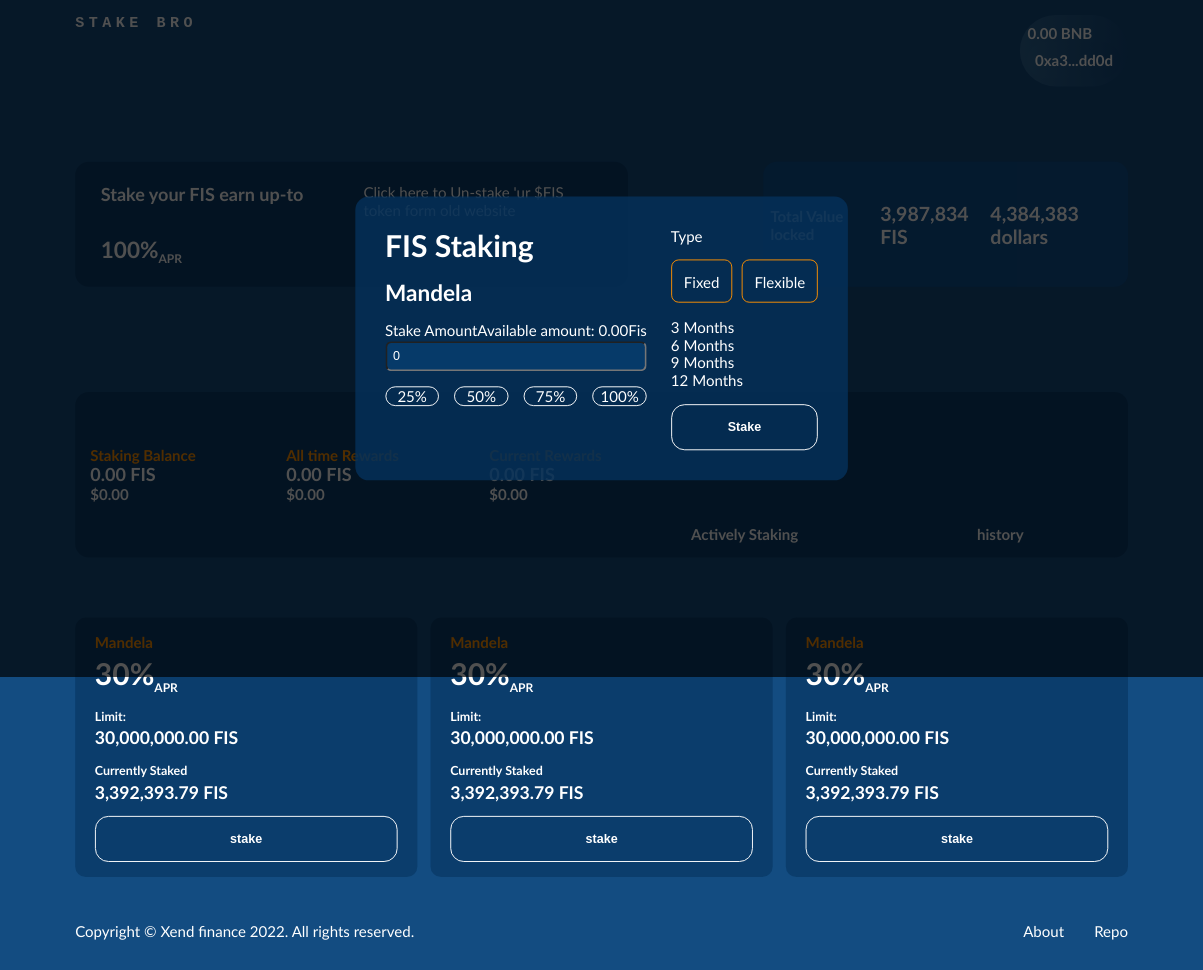
Repository: NorVirae/Stake
Page: /, after clicking the first element matching `button.stake-button`
An editor plug-in stored every save of this project. The page is shown before and after the next save, followed by the edit.
The browser window is 1280 px wide. The pictures show the whole page, at 94% of full size.
The project was rebuilt for these pictures with package versions that can differ from the ones it lists, and the page was loaded fresh each time.

Above is the page before, as saved 2022-04-18 19:34:05.

### src/App.tsx
import React, { useState } from 'react';
import AccountInfoCard from './components/cards/account-info-card';
import AprCard from './components/cards/apr-card';
import StakeModal from './components/modals/stake-modal';
import './styles/app.css'

function App() {
  const [isWalletConnected, setIsWalletConnected] = useState(false)
  const [showModal, setShowModal] = useState(false)

  return (
    <div className="stake-container">

      {showModal && <StakeModal showModal={showModal} setShowModal={setShowModal}/>}
      <header>
        <nav>
            <a href='logo' className='logo'>Stake Bro</a>
            <ul>
              {
                isWalletConnected?
                  <li className='connect-wallet-btn'>Connect Wallet</li>:
                  <li className='connect-wallet-btn'>0.00 BNB
                    <li className='connect-wallet-btn'>0xa3...dd0d</li>
                </li>
                }

            </ul>
        </nav>
      </header>



      <main>
        <section className='info-global'>
          <div className='info-main'>
            <div className='inner-container-left'>
              <h1 className='earn-text'> Stake your FIS earn up-to</h1>
              <h1>100%<sub className='sub'>APR</sub></h1>

            </div>

            <div className='inner-container-right'>
              <p>Click here to Un-stake 'ur $FIS token form old website</p>
              {/* <span>{"=>"}</span> */}
            </div>
          </div>

          <div className='public-stake-info'>
            <h3 className='total-locked'>Total Value locked</h3>
            <h1 className='total-locked-token'>3,987,834 FIS</h1>
            <h2 className='total-locked-dollars'>4,384,383 dollars</h2>

          </div>

        </section>

        <section className='connection-info'>
          {
          isWalletConnected?
          <div className={'connection-container-user'}>
            <div className='connection-info-text'>No Wallet connected</div>
            <div> Connect wallet to see your balance</div>
          </div>
          :
          <>
          <div className='user-stake-info-container'>
            <AccountInfoCard title='Staking Balance' token='0.00' dollarEquiv='0.00'/>

            <AccountInfoCard title='All time Rewards' token='0.00' dollarEquiv='0.00'/>


            <AccountInfoCard title='Current Rewards' token='0.00' dollarEquiv='0.00'/>


          </div>

          <div className='info-redirect'>
            <h1>Actively Staking </h1>
            <h1>history </h1>

          </div>

          </>
          }
        </section>

        <section className='reward'>
          <AprCard stakeAction={setShowModal}/>
          <AprCard stakeAction={setShowModal}/>
          <AprCard stakeAction={setShowModal}/>
        </section>

      </main>

      <footer>
        <div className='copyright-info'>
          Copyright &copy; Xend finance 2022. All rights reserved.
        </div>
        <ul>
          <li>About</li>
          <li>Repo</li>

        </ul>
      </footer>

    </div>
  );
}

export default App;

### src/components/cards/account-info-card.tsx
import React from 'react';

interface StakeInfoParams {
    title:string,
    token:string,
    dollarEquiv:string
}

const AccountInfoCard:React.FC<StakeInfoParams> = ({title, token, dollarEquiv}) => {
    return <div className='user-stake-info'>
                <h2 className='staking-balance'>{title}</h2>
                <h1 className='token-balance-fis'>{token} FIS</h1>
                <h2 className='token-balance-dollars'>${dollarEquiv}</h2>
            </div>
}

export default AccountInfoCard;

### src/components/cards/apr-card.tsx
import React, { useState } from "react";

interface AprCardInterface{
    stakeAction:any
}

const AprCard:React.FC<AprCardInterface> = ({stakeAction})=>{
    const [isWalletConnected, setIsWalletConnected] = useState(false)
    return <div className='apr-card'>
                <div className='mandela-container'>
                    <h4 className="mandela">Mandela</h4>
                    <h1 className="apr-announce">30%<sub className="sub">APR</sub></h1>
                </div>


                <div className='limit-container'>
                    <h5>Limit:</h5>
                    <h3>30,000,000.00 FIS</h3>
                </div>

                <div className='current-container'>
                    <h5>Currently Staked</h5>
                    <h3>3,392,393.79 FIS</h3>
                </div>

                {isWalletConnected?<button className="stake-button">No wallet connected</button>:
                <button onClick = {e=>stakeAction(true)}
                className="stake-button">stake</button>}

        </div>
}

export default AprCard;

### src/components/modals/stake-modal.tsx
import React, { useState } from 'react';


interface StakeModalInterface{
    setShowModal?:any,
    showModal:boolean
}

const StakeModal:React.FC<StakeModalInterface> = ({setShowModal, showModal}) => {

    const [amountToStake, setAmountToStake] = useState(0)
    return <div onClick={e=>setShowModal(false)} className='stake-modal-container'>

                <div onClick={e=>null} className='stake-modal'>
                    <div className='stake-inner-left'>
                        <h1>FIS Staking</h1>

                        <h2> Mandela</h2>

                        <form>
                            <fieldset className='form-group'>

                                <label className='form-label'><span>Stake Amount </span> <span>Available amount: 0.00Fis</span></label>
                                <input value={amountToStake} className='form-input'/>

                            </fieldset>
                        </form>

                        <div className='percentage-container'>

                            <div className='btn-percentage'>
                                25%

                            </div>

                            <div className='btn-percentage'>
                                50%

                            </div>

                            <div className='btn-percentage'>
                                75%

                            </div>

                            <div className='btn-percentage'>
                                100%

                            </div>
                        </div>

                        <div className='stake-type'>

                        </div>

                    </div>

                    <div className='stake-inner-right'>

                        <div className='type-title'>Type</div>
                        <div className='type-btn-container'>
                            <div className='btn-type'>
                                    Fixed
                            </div>

                            <div className='btn-type'>
                                    Flexible
                            </div>
                        </div>

                        <div className='duration'>
                            <div className='duration-btn'>
                                3 Months
                            </div>

                            <div className='duration-btn'>
                                6 Months
                            </div>


                            <div className='duration-btn'>
                                9 Months
                            </div>

                            <div className='duration-btn'>
                                12 Months
                            </div>

                        </div>

                        <button className='stake-button'>Stake</button>
                    </div>

                </div>

            </div>


}
export default StakeModal;

### src/styles/app.css
*{
    padding: 0;
    margin: 0;

}

::-webkit-scrollbar{
    background-color: #134C81;
    width: .4rem;
}

::-webkit-scrollbar-thumb{
    background-color: #0c5ba5;
}

img {
    width: 100%;
}

li {
    list-style-type: none;
}

body{
    background-color: #134C81;
    color: #ffff;
    font-family:'Trebuchet MS', 'Lucida Sans Unicode', 'Lucida Grande', 'Lucida Sans', Arial, sans-serif;
}
.stake-container {
    max-width: 70rem;
    margin:auto;
    display: flex;
    flex-direction: column;
    gap: 1rem;
}


nav {
    display:  flex;
    justify-content: space-between;
    padding: 1rem 0;
    position: sticky;
    top:0;
}

main {
    display: flex;
    flex-direction: column;
    gap:4rem;
}
.logo {
    text-decoration: none;
    font-family: 'Courier New', Courier, monospace;
    font-weight: 900;
    color: #ffff;
    letter-spacing: .3rem;
    text-transform: uppercase;
}

.connect-wallet-btn{
    padding: .6rem .5rem;
    background-image: linear-gradient(to right, #2d6797, #134C81  );
    font-weight: bold;
    border-radius: 3rem;
    transition: background-image .5s ease-in-out;
}

.connect-wallet-btn:hover{
    background-image: linear-gradient(to right, #134C81, #2d6797 );
    cursor: pointer;
    color: rgb(225, 225, 235);

}

.info-global{
    display: flex;
    justify-content: space-between;
    padding: 3rem 0;
    gap: 9rem;
}

.info-main{
    display: flex;
    background-color: #05315a88;
    border-radius: .9rem;
    padding: .5rem .9rem;

}

.inner-container-left, .inner-container-right{

    width: 100%;
    padding: .9rem .8rem;
    border-radius: .9rem;
    display: flex;
    flex-direction: column;
    gap:2rem
}



.earn-text {
    font-size: 1.2rem;
}

.sub{
    font-size: .8rem;
}

.public-stake-info {
    display: flex;
    justify-content: center;
    align-items: center;
    border-radius: .9rem;
    padding: .5rem;
    gap: .4rem;

    background-color: #0c5ba588;

}


.total-locked{
    font-size: 1rem;

}

.total-locked-token{
    font-size: 1.3rem;
}

.total-locked-dollars {
    font-size: 1.3rem;
}


.connection-info{
    display: flex;
    background-color: #05315a88;
    border-radius: .9rem;
    justify-content: center;
    align-items: center;
    height: 20vh;
    padding: 1rem 1rem;

}

.connection-info-text {
    font-size: 1.2rem;
    text-transform: uppercase;
}

.user-stake-info-container{
    display: flex;
    justify-content: space-between;
    width: 100%;
}

.staking-balance{
    font-size: 1rem;
    color: #FF9100;;
}

.token-balance-fis{
    font-size: 1.2rem;
}

.token-balance-dollars{
    font-size: 1rem;
}

.info-redirect{
    width: 100%;
    height: 100%;
    display: flex;
    justify-content: flex-end;
    align-items: flex-end;
    justify-content: space-around;
}

.info-redirect h1 {
    font-size: 1rem;
}

.connection-container-user{
    display: flex;
    flex-direction: column;
    justify-content: center;
    align-items: center;
}


.reward{
    display: flex;
    justify-content: space-between;
    gap: .9rem;
}

.apr-card{
    background-color: #05315a88;
    padding: 1rem 1.3rem;
    border-radius: .7rem;
    display: flex;
    flex-direction: column;
    justify-content: space-around;
    flex: 1;
    gap: .9rem;
}

.mandela-container{
    display: flex;
    flex-direction: column;
    justify-content: space-between;
    gap:.3rem;
}

.mandela{
    font-size: 1rem;
    color: #FF9100;

}

.apr-announce{
    font-size: 2rem;
}

.limit-container{
    display: flex;
    flex-direction: column;
    justify-content: space-between;
    gap:.3rem;
}

.current-container{
    display: flex;
    flex-direction: column;
    justify-content: space-between;
    gap:.3rem;
}

.stake-button{
    border-radius: .9rem;
    border: .1px solid white;
    background-color: transparent;
    padding: 1rem .6rem;
    color: #fff;
    font-weight: bold;
    transition: color .4s ease-in-out, border .4s ease-in-out;

}

.stake-button:hover{
    cursor: pointer;
    color: #FF9100;
    border: .1px solid #FF9100;

}

footer{
    display: flex;
    justify-content: space-between;
    padding: 2rem 0;

}
.copyright-info{
    display: flex;
}

footer ul{
    display: flex;
    gap: 2rem;
}


/* Stake Modal */
.stake-modal-container{
    z-index: 9;
    background-color: rgba(0, 0, 0, 0.685);
    position: fixed;
    width: 100vw;
    height: 100vh;
    top: 0%;
    left: 0%;
    display: flex;
    justify-content: center;
    align-items: center;

}

.stake-modal-container:hover{
    cursor: pointer;
}

.stake-modal{
    display: flex;
    background-color: #05315ad2;
    padding: 2rem;
    border-radius: .9rem;
    gap: .6rem;
    z-index: 8;
}

.stake-modal:hover{
    border: .2rem solid #05315ad2;
}

.stake-inner-left{
    display: flex;
    flex-direction: column;
    padding-right: 1rem;
    gap: 1rem;
}

.form-group{
    display: flex;
    flex-direction: column;
    border: none;
    gap: .2rem;

}

.form-label{
    display: flex;
    justify-content: space-between;
}

.form-input {
    border-radius: .4rem;
    padding: .4rem;
    background-color: #0c5ba54b;
    color: #fff;
}

.percentage-container{
    display: flex;
    justify-content: space-between;
    gap: 1rem;
}

.btn-percentage{
    border: .1rem solid #fff;
    border-radius: .9rem;
    flex:1;
    display: flex;
    justify-content: center;
    align-items: center;
    transition: background-color .4s ease-in-out, color .4s ease-in-out;
}

.btn-percentage:hover{
    background-color: #fff;
    color: #0c5ba5;
    cursor: pointer;
}

.stake-inner-right{
    display: flex;
    flex-direction: column;
    gap: 1rem;
}

.type-btn-container{
    display: flex;
    gap: .6rem;

}

.btn-type {
    border: .1px solid #FF9100;
    padding: .8rem;
    border-radius: .5rem;
}

.duration-btn {

}

Loaded but not shown: public/index.html (common file); src/index.tsx (common file); src/reportWebVitals.ts (common file)

After the next save:
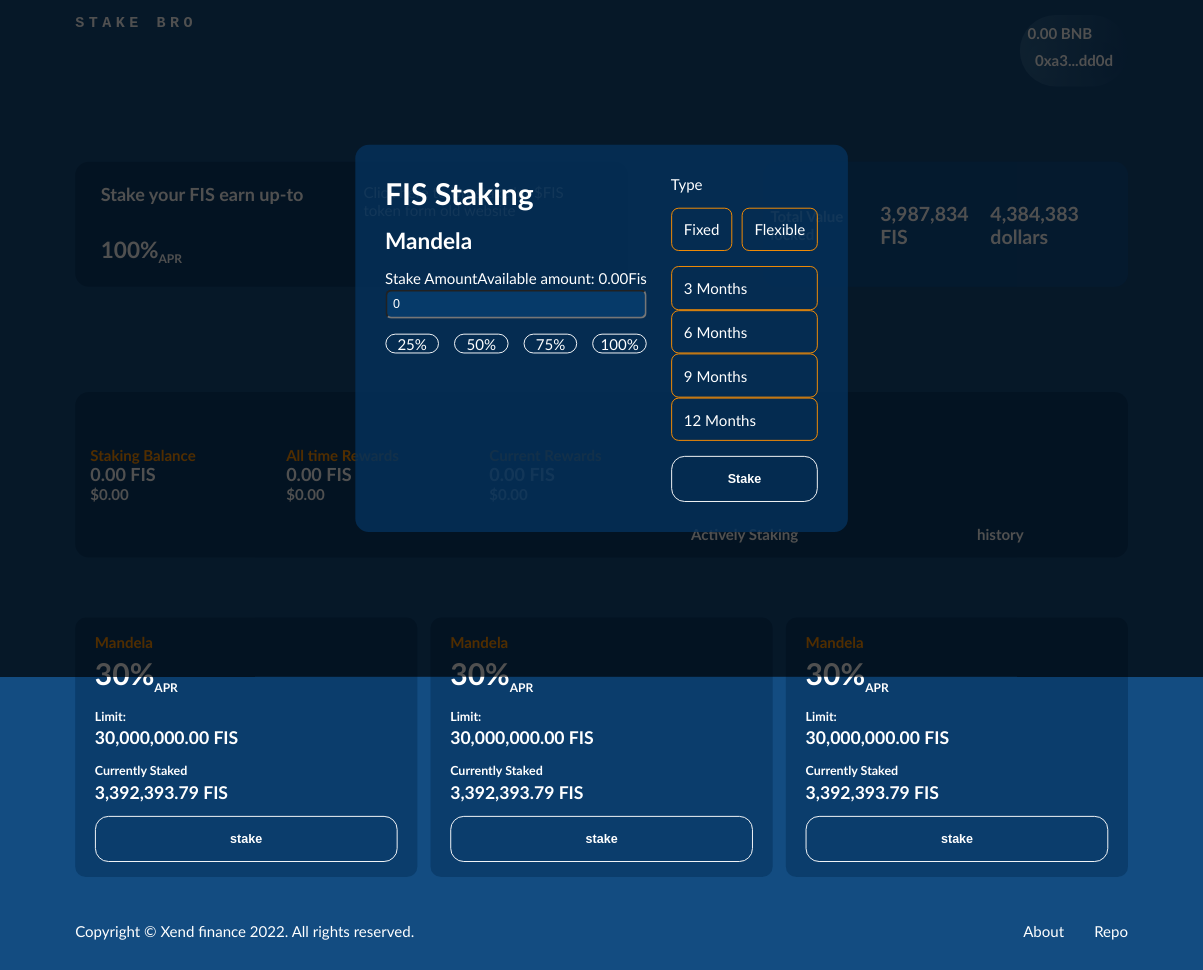
Saved 49 s later.
--- a/src/styles/app.css
+++ b/src/styles/app.css
@@ -372,5 +372,7 @@ footer ul{
 }
 
 .duration-btn {
-
-}
+    border: .1px solid #FF9100;
+    padding: .8rem;
+    border-radius: .5rem;
+}
